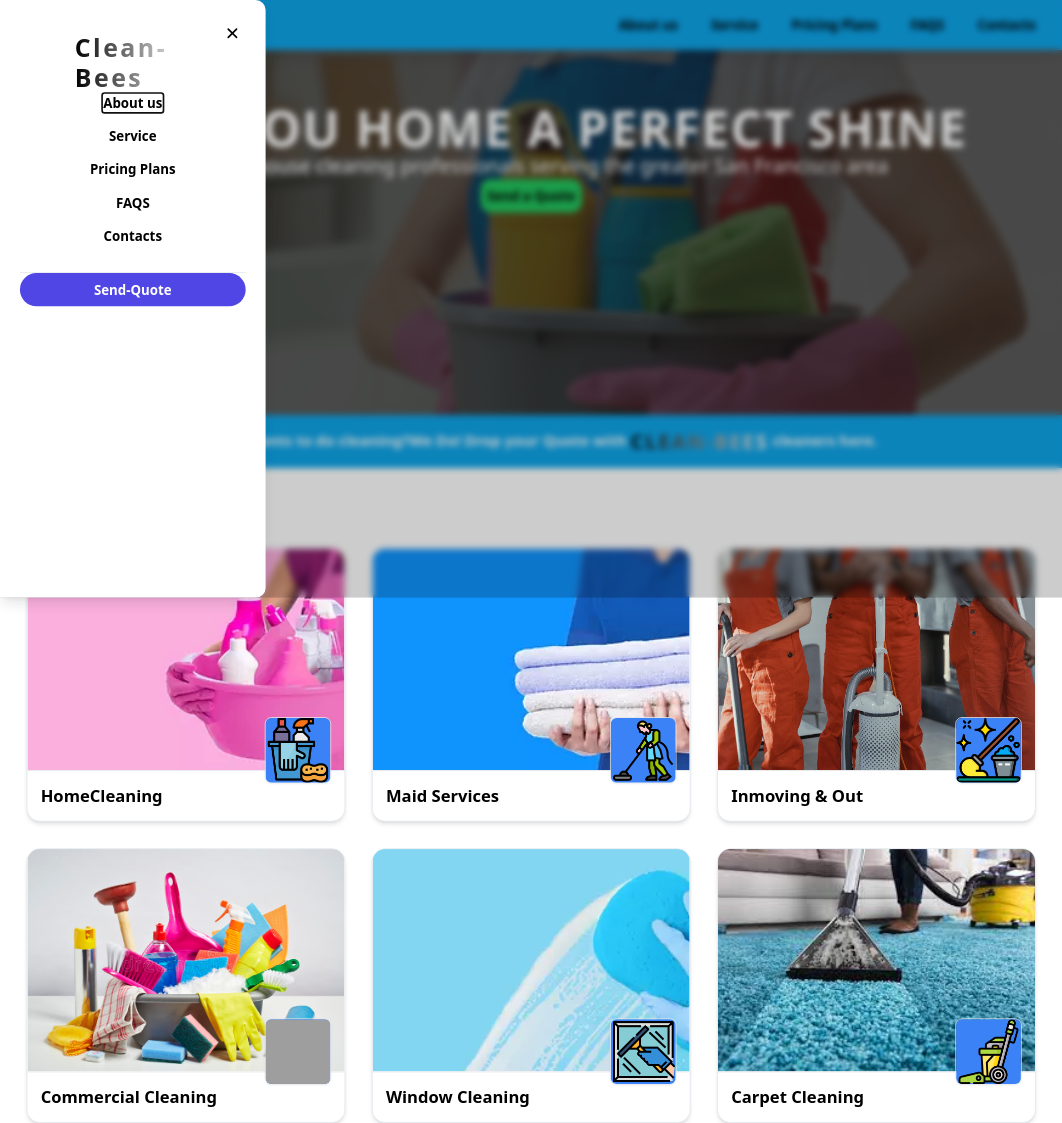
Repository: remydev47/cleanbees
Page: /
An editor plug-in stored every save of this project. The page is shown before and after the next save, followed by the edit.
The browser window is 1280 px wide. The pictures show the whole page, at 83% of full size.
Pictures or frames that could not be fetched are drawn as grey boxes. The project was rebuilt for these pictures with package versions that can differ from the ones it lists, and the page was loaded fresh each time. The framework's server and built-in components were replaced by stand-ins that run in the browser. Also part of the build but not shown: next.config.js.

Above is the page before, as saved 2022-09-19 11:49:56.

After the next save:
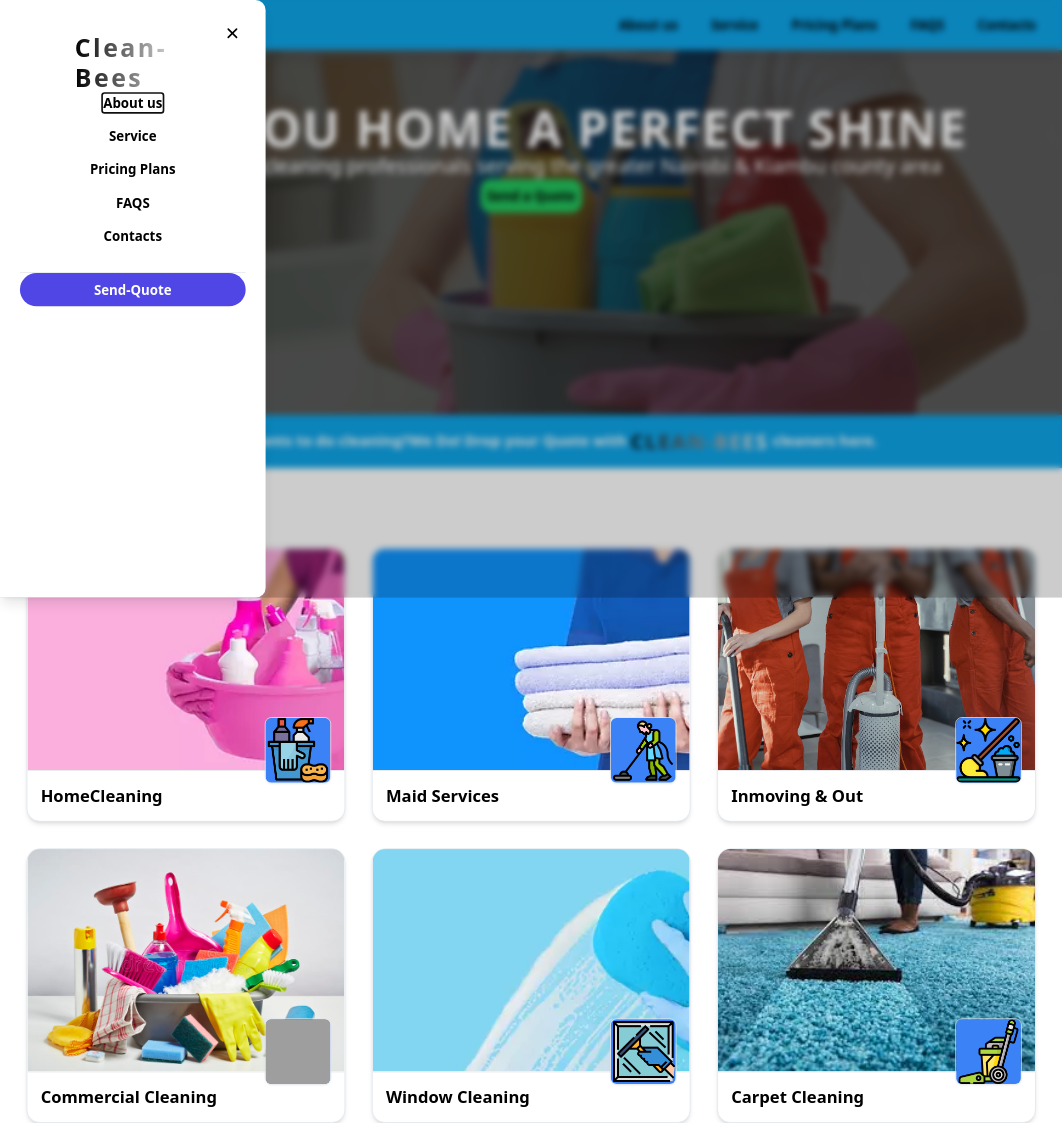
Saved 83 s later.
--- a/components/Hero.tsx
+++ b/components/Hero.tsx
@@ -19,7 +19,7 @@ const Hero = () => {
                     Give you Home a Perfect Shine
                 </h1>
                 <span className='text-xl text-white sm:text-2xl'>
-                    Reliable house cleaning professionals serving the greater San Francisco area
+                    Reliable house cleaning professionals serving the greater Nairobi & Kiambu county area
                 </span>
                 <button className='bg-green-500 text-black font-semibold p-2 rounded-xl'>
                     Send a Quote
